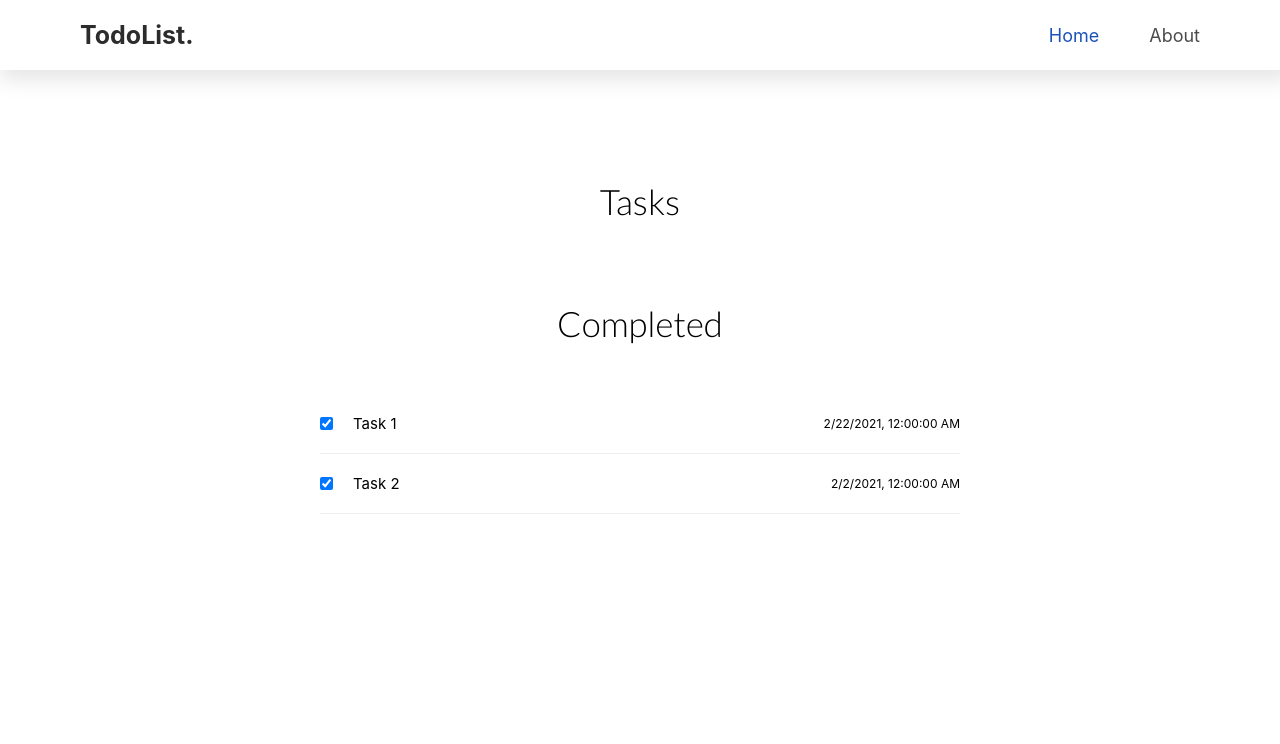
Repository: dqhuy153/react-todoList
Page: /
An editor plug-in stored every save of this project. The page is shown before and after the next save, followed by the edit.
The browser window is 1280 px wide. The pictures show the whole page.
The project was rebuilt for these pictures with package versions that can differ from the ones it lists, and the page was loaded fresh each time. Also part of the build but not shown: src/components/UI/LoadingSpinner.module.scss.

Above is the page before, as saved 2021-09-16 20:59:04.

### src/App.js
import React, { Suspense } from 'react';
import { Switch, Route } from 'react-router-dom';

import './App.css';
import Layout from './components/layout/Layout';
import LoadingSpinner from './components/UI/LoadingSpinner';

const Home = React.lazy(() => import('./components/pages/Home'));
const About = React.lazy(() => import('./components/pages/About'));

function App() {
  return (
    <Layout>
      <Suspense
        fallback={
          <div className="centered">
            <LoadingSpinner />
          </div>
        }
      >
        <Switch>
          <Route path="/" exact>
            <Home />
          </Route>
          <Route path="/about">
            <About />
          </Route>
          {/* <Route path="/products" exact>
          <Products />
        </Route>
        <Route path="/products/:productId">
          <ProductDetail />
        </Route> */}
        </Switch>
      </Suspense>
    </Layout>
  );
}

export default App;

### src/App.css
@import url('https://fonts.googleapis.com/css2?family=Lato:ital,wght@0,100;0,300;0,400;0,700;0,900;1,100;1,300;1,400;1,700;1,900&display=swap');

* {
  box-sizing: border-box;
  font-size: 62.5%;
  padding: 0;
  margin: 0;
}

.centered {
  margin: 3rem auto;
  text-align: center;
  display: flex;
  justify-content: center;
  align-items: center;
}

### src/components/layout/Layout.js
import React, { Fragment } from 'react';
import AppNavigation from './AppNavigation';

import styles from './Layout.module.scss';

export default function Layout(props) {
  return (
    <Fragment>
      <AppNavigation logoTitle="TodoList." />
      <main className={styles.main}>{props.children}</main>
    </Fragment>
  );
}

### src/components/UI/LoadingSpinner.js
import styles from './LoadingSpinner.module.scss';

const LoadingSpinner = () => {
  return <div className={styles.spinner}></div>;
};

export default LoadingSpinner;

### src/components/pages/Home.js
import { useState } from 'react';
import TodoList from '../todos/TodoList';

import styles from './Home.module.scss';

const initTodoList = [
  {
    id: 1,
    title: 'Task 1',
    date: new Date('2/22/2021'),
    completed: false,
  },
  {
    id: 2,
    title: 'Task 2',
    date: new Date('2/2/2021'),
    completed: true,
  },
];

export default function Home(props) {
  const [todoList, setTodoList] = useState(initTodoList);

  const handleStatusChange = (id) => {
    const updatedTodoList = todoList;
    const todoIndex = updatedTodoList.findIndex((i) => i.id === id);

    updatedTodoList[todoIndex].status = !todoList[todoIndex].status;

    setTodoList(updatedTodoList);
  };

  return (
    <div className={styles.container}>
      <h1>Tasks</h1>
      <TodoList
        items={todoList.filter((i) => (i.completed = false))}
        onStatusChange={handleStatusChange}
      />
      <h1 className={styles['completed-title']}>Completed</h1>
      <TodoList
        items={todoList.filter((i) => (i.completed = true))}
        onStatusChange={handleStatusChange}
      />
    </div>
  );
}

### src/components/layout/AppNavigation.js
import React from 'react';
import { NavLink } from 'react-router-dom';

import styles from './AppNavigation.module.scss';

export default function AppNavigation({ logoTitle = 'Demo.', ...props }) {
  return (
    <header className={styles.header}>
      <div className={styles.logo}>{logoTitle}</div>
      <nav>
        <ul>
          <li>
            <NavLink to="/" exact activeClassName={styles.active}>
              Home
            </NavLink>
          </li>
          <li>
            <NavLink to="/about" activeClassName={styles.active}>
              About
            </NavLink>
          </li>
        </ul>
      </nav>
    </header>
  );
}

### src/components/todos/TodoList.js
import React from 'react';
import TodoItem from './TodoItem';

import styles from './TodoList.module.scss';

export default function TodoList({ items, onStatusChange, ...props }) {
  return (
    <ul className={styles.container}>
      {items.map((item) => (
        <li key={item.id}>
          <TodoItem
            id={item.id}
            title={item.title}
            date={item.date}
            status={item.completed}
            onStatusChange={onStatusChange}
          />
        </li>
      ))}
    </ul>
  );
}

### src/components/pages/Home.module.scss
.container {
  padding: 18rem 0;

  h1 {
    text-align: center;
    font-family: 'Lato', sans-serif;
    font-weight: 300;
    font-size: 3.5rem;
  }

  .completed-title {
    margin-top: 8rem;
  }
}

### src/components/layout/AppNavigation.module.scss
.header {
  width: 100%;
  height: 7rem;
  display: flex;
  align-items: center;
  justify-content: space-between;
  background-color: #ffffff;
  padding: 0 8rem;
  box-shadow: 5px 5px 20px 5px rgba(0, 0, 0, 0.1);
  position: fixed;
}

.logo {
  font-size: 2.5rem;
  color: rgb(44, 44, 44);
  font-weight: bold;
}

.header ul {
  list-style: none;
  margin: 0;
  padding: 0;
  display: flex;
  align-items: baseline;
}

.header li {
  margin-left: 5rem;
}

.header a {
  text-decoration: none;
  font-size: 1.8rem;
  color: #4b4b4b;
}

.header a:hover,
.header a:active,
.header a.active {
  color: rgb(28, 83, 184);
}

### src/components/todos/TodoItem.js
import React, { useState } from 'react';

import styles from './TodoItem.module.scss';

export default function TodoItem({
  id,
  title,
  date,
  status,
  onStatusChange,
  ...props
}) {
  const [checked, setChecked] = useState(status);

  const handleChange = (e) => {
    setChecked(e.target.checked);
    onStatusChange(id);
  };

  return (
    <div className={styles.container}>
      <div className={styles.task}>
        <input type="checkbox" checked={checked} onChange={handleChange} />
        <p>{title}</p>
      </div>
      <p className={styles.date}>{date.toLocaleString()}</p>
    </div>
  );
}

### src/components/todos/TodoList.module.scss
.container {
  text-align: center;
  width: 50%;
  margin: 5rem auto;
  list-style: none;
}

### src/components/todos/TodoItem.module.scss
.container {
  display: flex;
  align-items: center;
  justify-content: space-between;
  padding: 2rem 0;
  border-bottom: 1px solid #eee;
}

.task {
  display: flex;
  align-items: center;

  p {
    padding-left: 2rem;
    font-size: 1.5rem;
  }
}

.date {
  font-size: 1.2rem;
}

Loaded but not shown: public/index.html (common file); src/index.js (common file); src/index.css (common file); src/reportWebVitals.js (common file); src/components/layout/Layout.module.scss (no stored copy; drawn as an empty file)

After the next save:
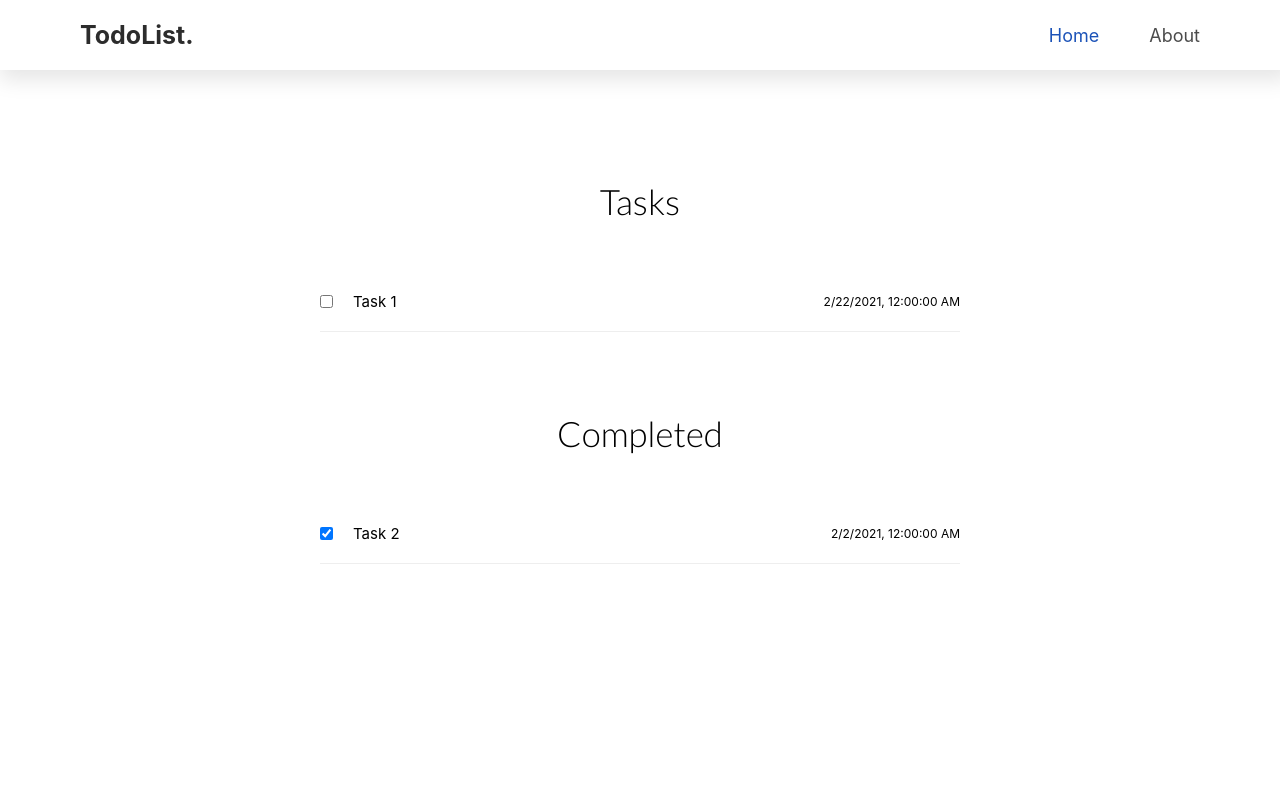
Saved 24 s later.
--- a/src/components/pages/Home.js
+++ b/src/components/pages/Home.js
@@ -34,12 +34,12 @@ export default function Home(props) {
     <div className={styles.container}>
       <h1>Tasks</h1>
       <TodoList
-        items={todoList.filter((i) => (i.completed = false))}
+        items={todoList.filter((i) => i.completed === false)}
         onStatusChange={handleStatusChange}
       />
       <h1 className={styles['completed-title']}>Completed</h1>
       <TodoList
-        items={todoList.filter((i) => (i.completed = true))}
+        items={todoList.filter((i) => i.completed === true)}
         onStatusChange={handleStatusChange}
       />
     </div>
